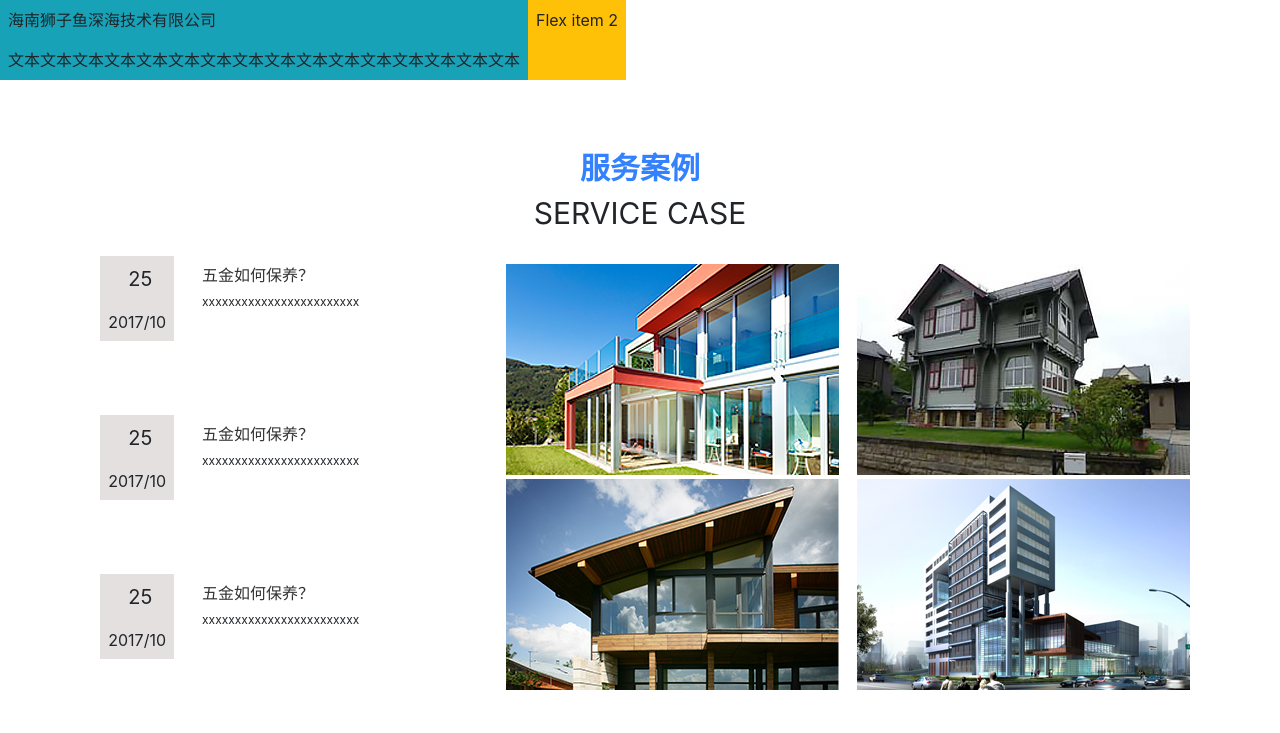
Repository: Noitom/Hadalsnailfish
Page: src/main/resources/static/html/main.html
An editor plug-in stored every save of this project. The page is shown before and after the next save, followed by the edit.
The browser window is 1280 px wide. The pictures show the whole page.

Above is the page before, as saved 2021-12-14 17:25:37.
Console error: TypeError: Cannot read properties of undefined (reading 'offsetTop')

After the next save:
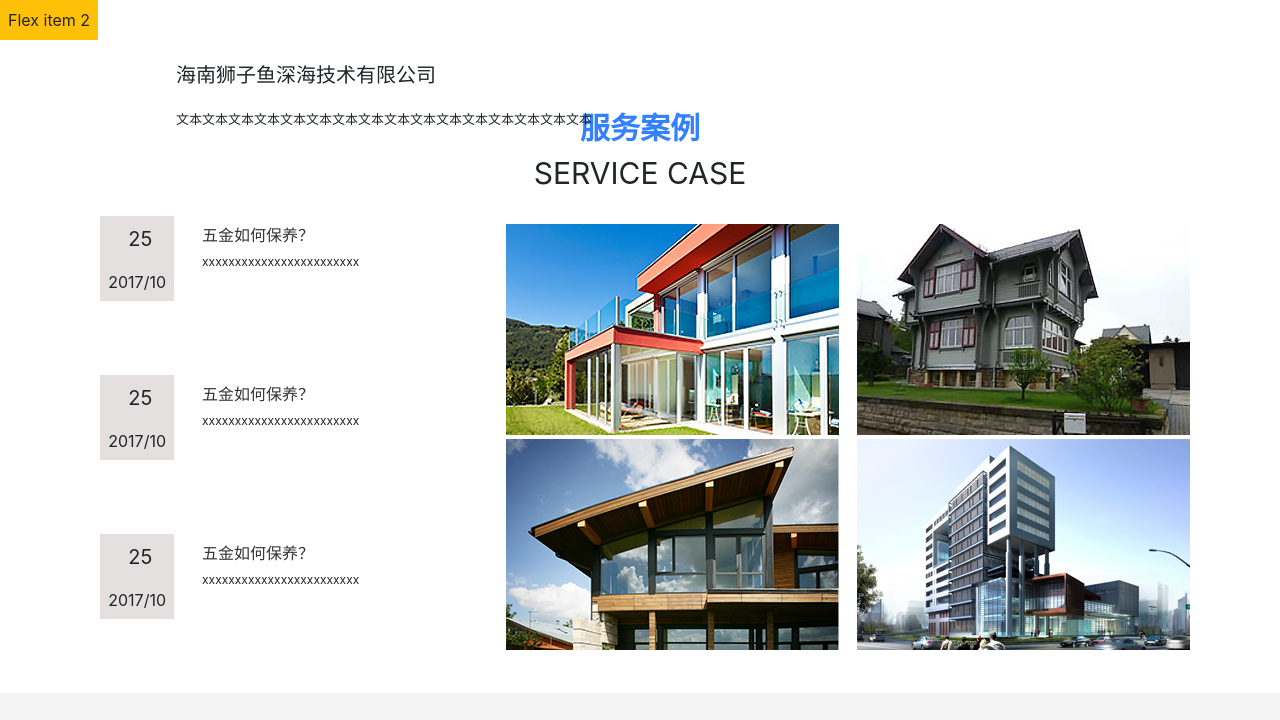
Saved 2 min 45 s later.
--- a/src/main/resources/static/html/main.html
+++ b/src/main/resources/static/html/main.html
@@ -61,7 +61,7 @@
 
     <div class="jumbotron-one d-flex flex-wrap">
         <div class="d-flex flex-row bg-secondary mb-3">
-            <div class="p-2 bg-info" szy-tow>
+            <div class="szy-tow">
                 <p>海南狮子鱼深海技术有限公司</p>
                 <span>文本文本文本文本文本文本文本文本文本文本文本文本文本文本文本文本</span>
             </div>
